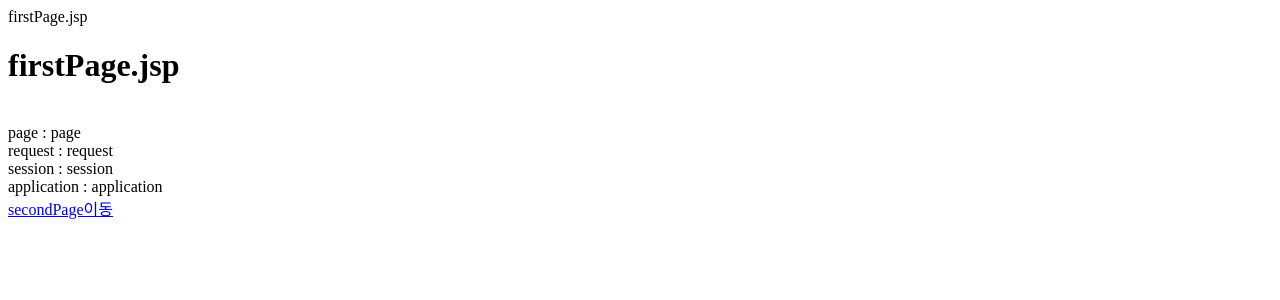
Repository: ryu1917/jsp
Page: http://localhost/jsp03/firstPage.jsp
An editor plug-in stored every save of this project. The page is shown before and after the next save, followed by the edit.
The browser window is 1280 px wide. The pictures show the whole page.
The page is served by Tomcat 9.

Above is the page before, as saved 2021-04-22 07:18:29.

After the next save:
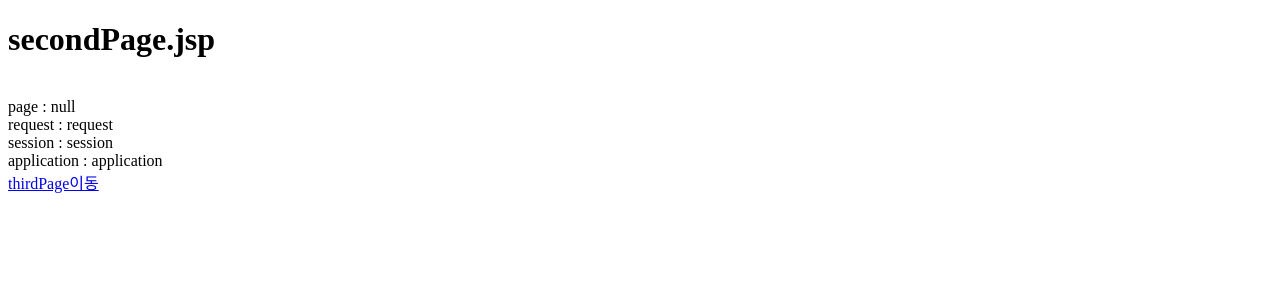
Saved 21 min 2 s later.
--- a/workspace/jsp03/src/main/webapp/firstPage.jsp
+++ b/workspace/jsp03/src/main/webapp/firstPage.jsp
@@ -19,6 +19,7 @@
 	request : <%= request.getAttribute("name") %><br>
 	session : <%= session.getAttribute("name") %><br>
 	application : <%= application.getAttribute("name") %><br>
+	<% request.getRequestDispatcher("secondPage.jsp").forward(request, response); %>
 	<a href="secondPage.jsp">secondPage이동</a>
 </body>
 </html>
